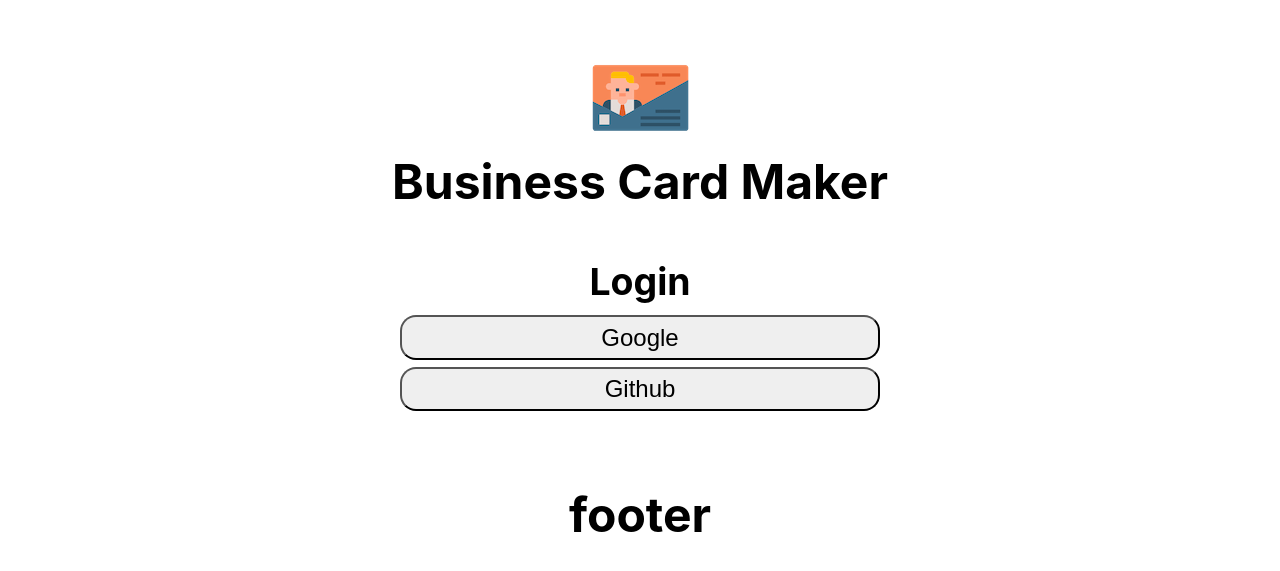
Repository: gomgomigom/firebase_practice_card_maker
Page: /
An editor plug-in stored every save of this project. The page is shown before and after the next save, followed by the edit.
The browser window is 1280 px wide. The pictures show the whole page.
The project was rebuilt for these pictures with package versions that can differ from the ones it lists, and the page was loaded fresh each time. Some packages were replaced by stand-ins written for this rebuild. Settings that the repository does not hold, such as keys and server addresses, were given made-up values.

Above is the page before, as saved 2022-01-21 13:55:37.

### public/index.html
<!DOCTYPE html>
<html lang="en">
  <head>
    <meta charset="utf-8" />
    <link rel="icon" href="./images/logo.png" />
    <meta name="viewport" content="width=device-width, initial-scale=1" />
    <meta name="theme-color" content="#000000" />
    <meta
      name="description"
      content="Web site created using create-react-app"
    />
    <title>Card-Maker</title>
  </head>
  <body>
    <noscript>You need to enable JavaScript to run this app.</noscript>
    <div id="root"></div>
  </body>
</html>

### src/index.js
import React from 'react';
import ReactDOM from 'react-dom';
import './index.module.css';
import App from './app';
import AuthService from './service/auth_service';

const authService = new AuthService();
ReactDOM.render(
  <React.StrictMode>
    <App authService={authService} />
  </React.StrictMode>,
  document.getElementById('root')
);

### src/app.js
import './app.css';
import Login from './components/login/login';

function App({ authService }) {
  return (
    <h1>
      <Login authService={authService} />
    </h1>
  );
}

export default App;

### src/service/auth_service.js
import firebase from 'firebase';
import firebaseApp from './firebase';

class AuthService {
  login(providerName) {
    const authProvider = new firebase.auth[`${providerName}AuthProvider`]();
    return firebaseApp.auth().signInWithPopup(authProvider);
  }
}
export default AuthService;

### src/components/login/login.jsx
import React from 'react';
import Footer from '../footer/footer';
import Header from '../header/header';
import styles from './login.module.css';

const Login = ({ authService }) => {
  const onLogin = (event) => {
    authService //
      .login(event.currentTarget.textContent)
      .then(console.log);
  };

  return (
    <section className={styles.login}>
      <Header />
      <section className={styles.loginList}>
        <h1 className={styles.title}>Login</h1>
        <ul>
          <li>
            <button className={styles.button} onClick={onLogin}>
              Google
            </button>
          </li>
          <li>
            <button className={styles.button} onClick={onLogin}>
              Github
            </button>
          </li>
        </ul>
      </section>
      <Footer />
    </section>
  );
};

export default Login;

### src/service/firebase.js
import firebase from 'firebase';

const firebaseConfig = {
  apiKey: process.env.REACT_APP_FIREBASE_API_KEY,
  authDomain: process.env.REACT_APP_FIREBASE_AUTH_DOMAIN,
  projectId: process.env.REACT_APP_FIREBASE_PROJECT_ID,
  storageBucket: process.env.REACT_APP_FIREBASE_STORAGE_BUCKET,
};

const firebaseApp = firebase.initializeApp(firebaseConfig);

export default firebaseApp;

### src/components/footer/footer.jsx
import React from 'react';

const Footer = (props) => <h1>footer</h1>;

export default Footer;

### src/components/header/header.jsx
import React from 'react';
import styles from './header.module.css';

const Header = ({ onLogout }) => {
  return (
    <header className={styles.header}>
      {onLogout && (
        <button className={styles.button} onClick={onLogout}>
          Logout
        </button>
      )}
      <img className={styles.logo} src='/images/logo.png' alt='logo' />
      <h1 className={styles.title}>Business Card Maker</h1>
    </header>
  );
};

export default Header;

### src/components/login/login.module.css
@value makerGrey from '../../common/colors.css';
@value makerWhite from '../../common/colors.css';
@value makerGreen from '../../common/colors.css';

.login {
  display: flex;
  flex-direction: column;
  align-items: center;
  justify-content: center;
  background-color: makerGrey;
  padding: 2rem;
}

.loginList {
  width: 40rem;
  height: 14rem;
  flex-direction: column;
  display: flex;
  align-items: center;
  justify-content: center;
  background-color: makerWhite;
}

li {
  list-style: none;
}

ul {
  margin: 0;
  padding: 0;
}

.title {
  margin: 0.5rem;
}

.button {
  border: 2px solid makerGreen;
  border-radius: 1rem;
  width: 30rem;
  font-size: 1.5rem;
  padding: 0.4rem;
  margin: 0.2rem;
}

### src/components/header/header.module.css
@value makerBlack from '../../common/colors.css';
@value makerGreen from '../../common/colors.css';
@value makerWhite from '../../common/colors.css';
@value makerWheat from '../../common/colors.css';

.header {
  width: 40rem;
  display: flex;
  flex-wrap: wrap;
  flex-direction: column;
  justify-content: center;
  align-items: center;
  font-size: 2rem;
  background-color: makerGreen;
}

.logo {
  margin: 0.6rem;
}

.title {
  color: makerWhite;
  margin: 0.6rem;
}

Loaded but not shown: src/index.module.css (common file); src/app.css (common file)

After the next save:
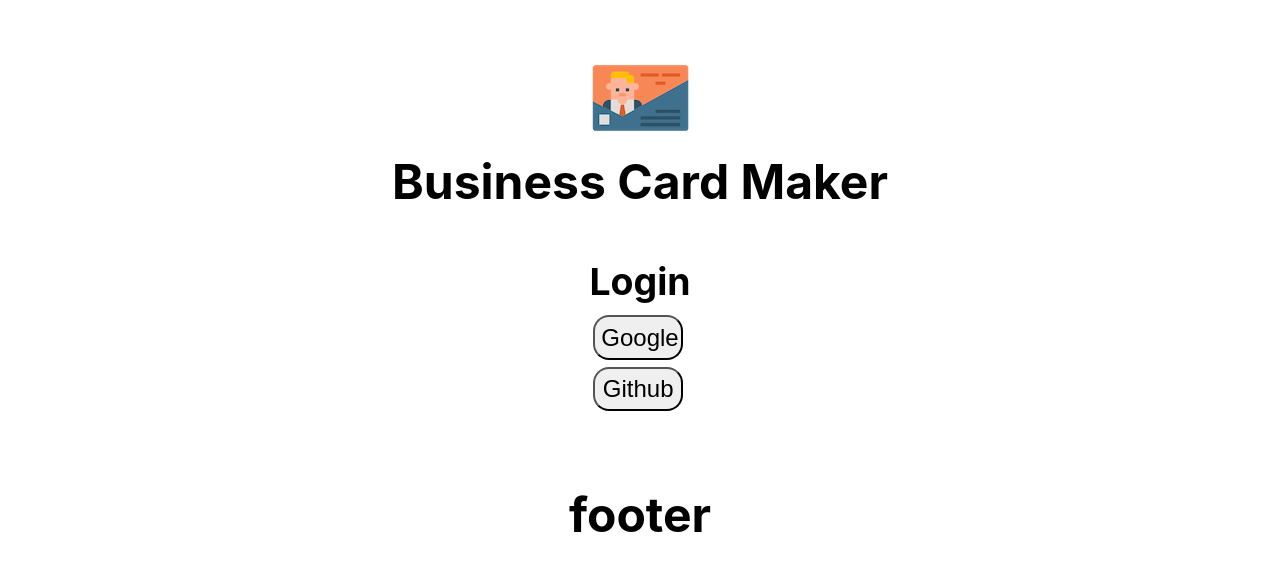
Saved 6 s later.
--- a/src/components/login/login.module.css
+++ b/src/components/login/login.module.css
@@ -37,7 +37,7 @@ ul {
 .button {
   border: 2px solid makerGreen;
   border-radius: 1rem;
-  width: 30rem;
+  width: 90%;
   font-size: 1.5rem;
   padding: 0.4rem;
   margin: 0.2rem;
